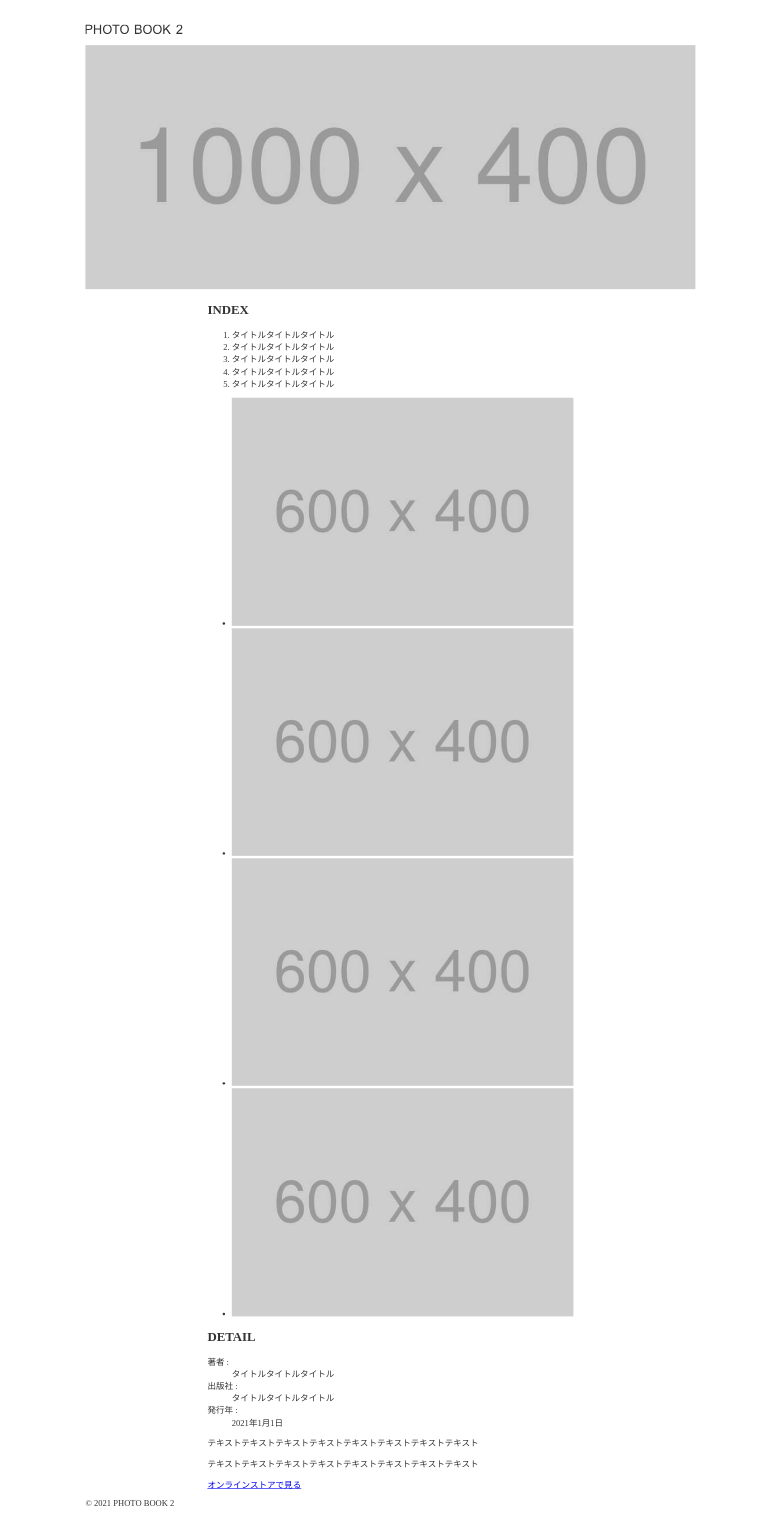
Repository: Fuki-san/photo-book-2
Page: http://localhost/photobook
These files come from the project's save history. The page is drawn as it stood at one moment and after a run of saves; the edit follows.
The browser window is 1280 px wide. The pictures show the whole page, at 61% of full size.
The page is served by the project's Laravel application, run on PHP 8.4 with Laravel 10.

Above is the page before, as saved 2023-11-30 11:41:45.

After the next 2 saves:
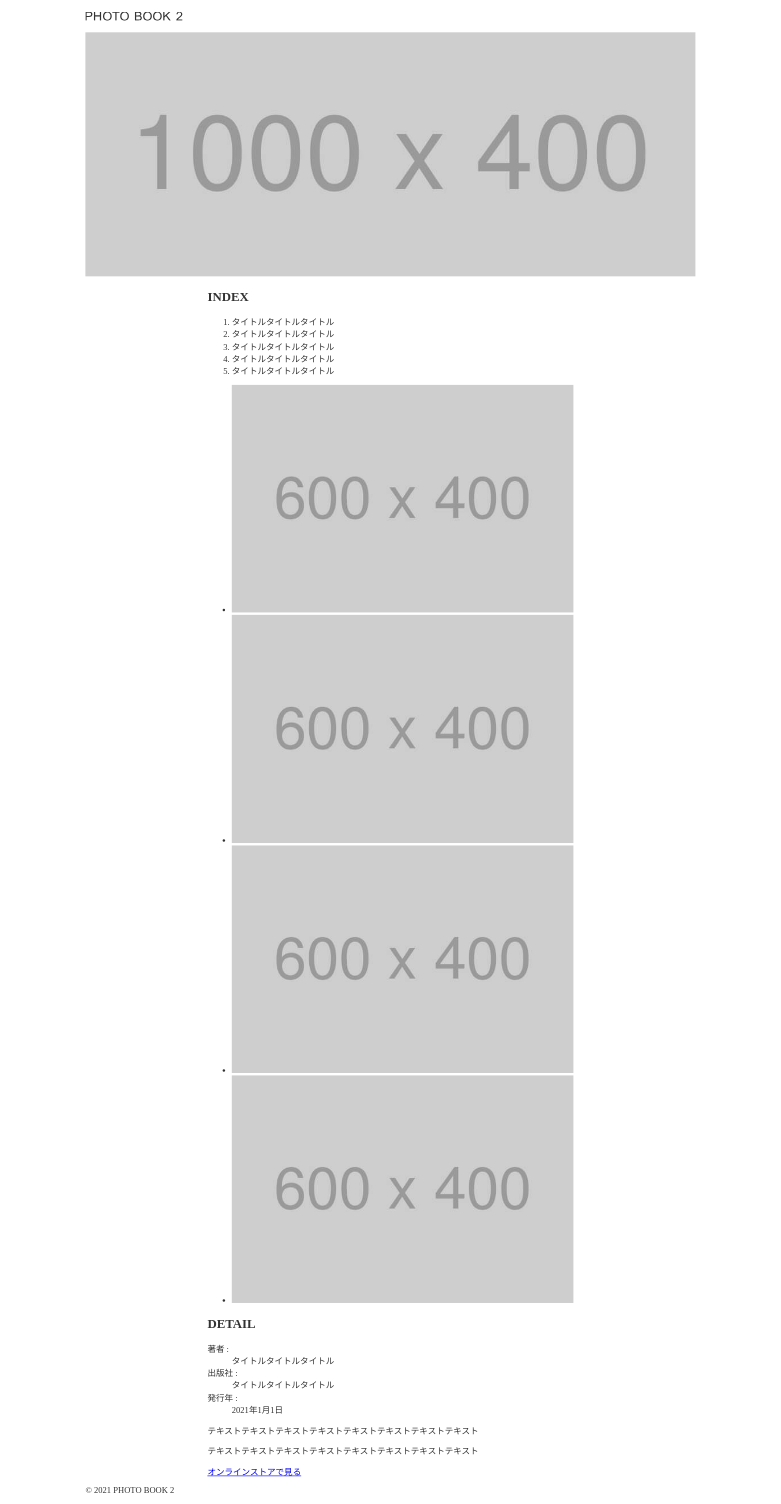
The 2 saves are shown as one change because they came seconds apart.
The last was saved 45 s later.
--- a/public/css/style.css
+++ b/public/css/style.css
@@ -21,7 +21,7 @@
 
 /* header */
 #header{
-    margin-top: 40px;
+    margin: ;
 }
 #header .site-title{
     width: 160px;
